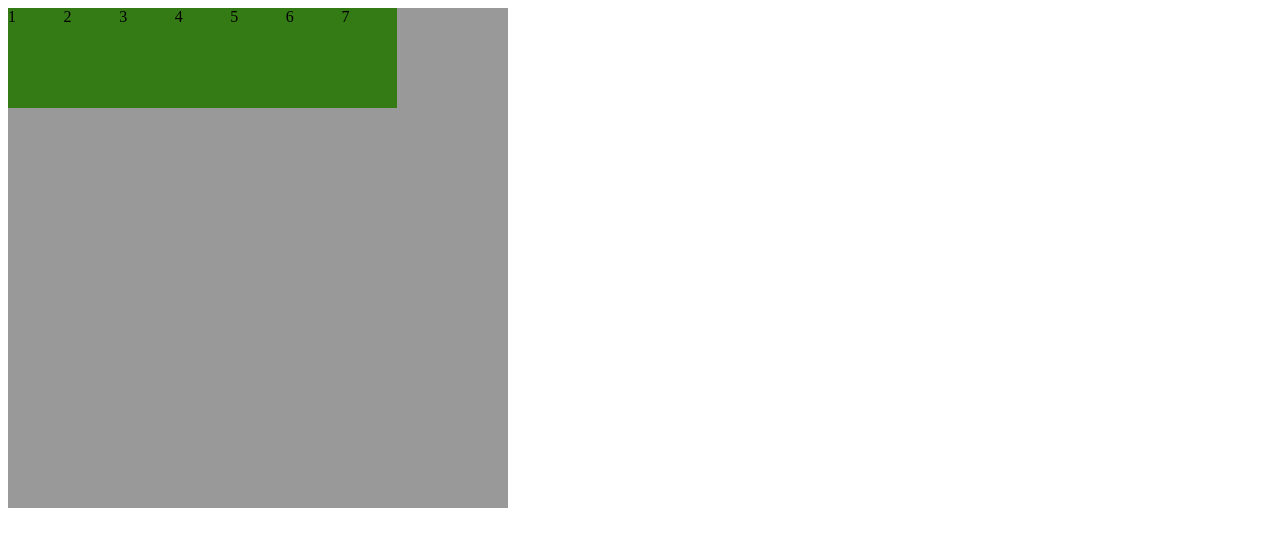
Repository: jady21a/coderwhy_practice
Page: html+css/test.html
An editor plug-in stored every save of this project. The page is shown before and after a run of saves, followed by the edit.
The browser window is 1280 px wide. The pictures show the whole page.

Above is the page before, as saved 2022-04-25 00:33:32.

After the next 2 saves:
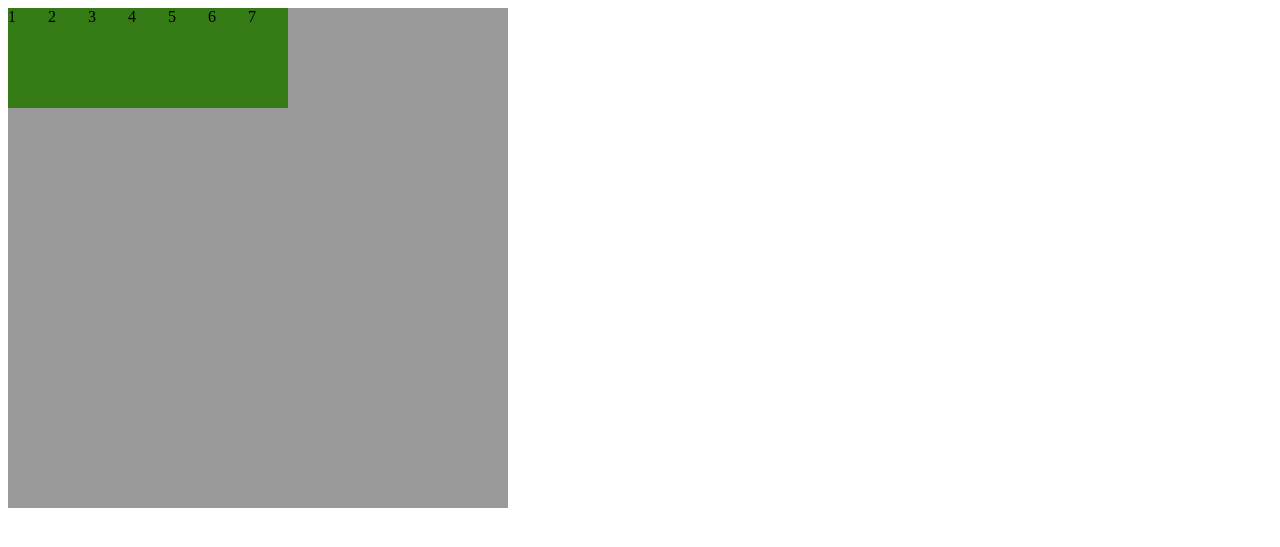
The 2 saves are shown as one change because they came seconds apart.
The last was saved 21 s later.
--- a/html+css/test.html
+++ b/html+css/test.html
@@ -24,8 +24,8 @@
   }
 
   .item {
-    flex-grow: 1;
-    /* flex: 1; */
+    /* flex-grow: 1; */
+    flex: 1;
     /* flex-shrink: 1; */
 
     width: 110px;
